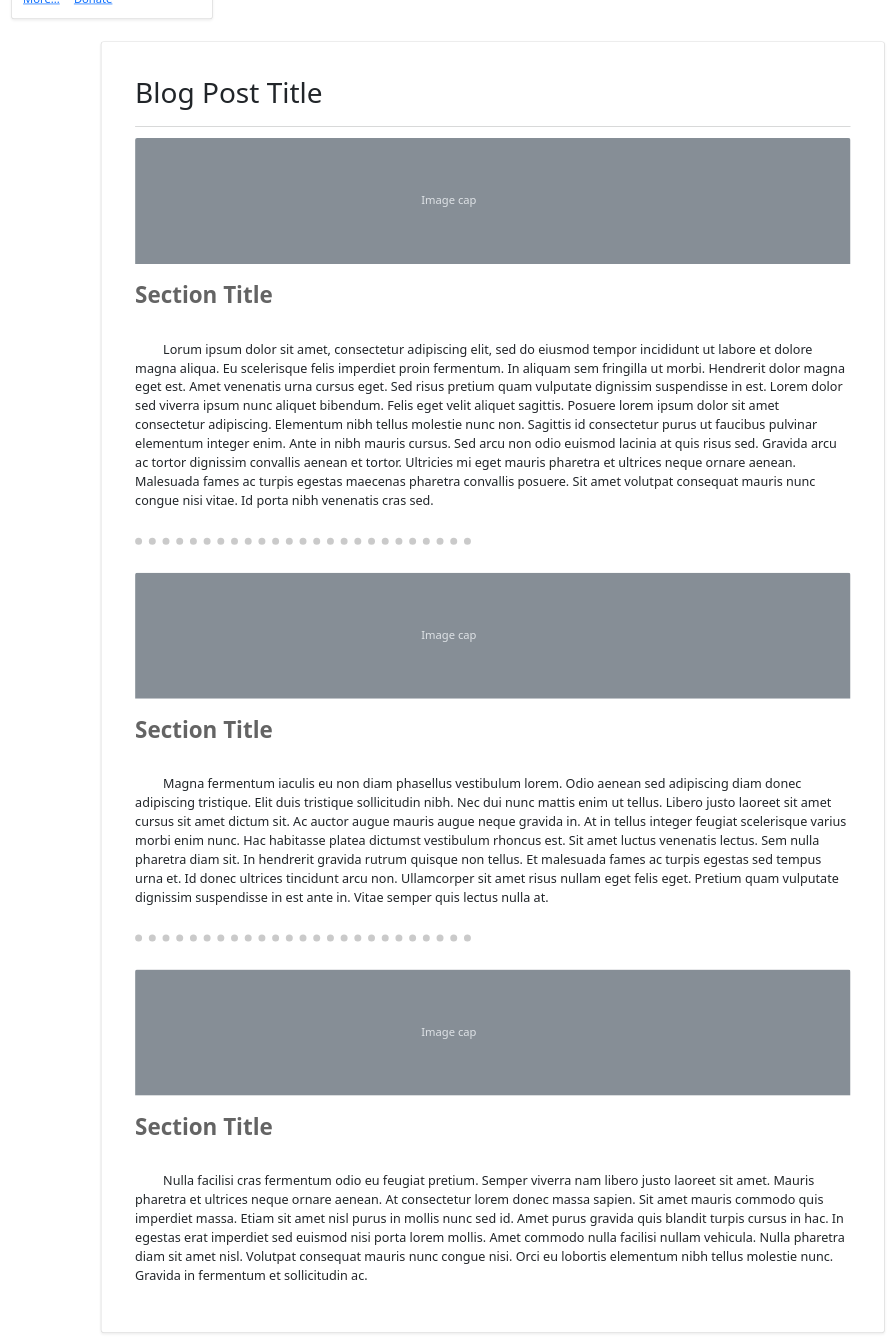
Repository: LublubXT/Azi-Tec-Team
Page: views/templates/blogs/personalblog/home.html
An editor plug-in stored every save of this project. The page is shown before and after a run of saves, followed by the edit.
The browser window is 1280 px wide. The pictures show the part of the page from y = 1423 to 3343 px (the page is 3343 px tall before and 3203 px after), at 70% of full size.

Above is the page before, as saved 2021-03-11 09:44:55.

After the next 2 saves:
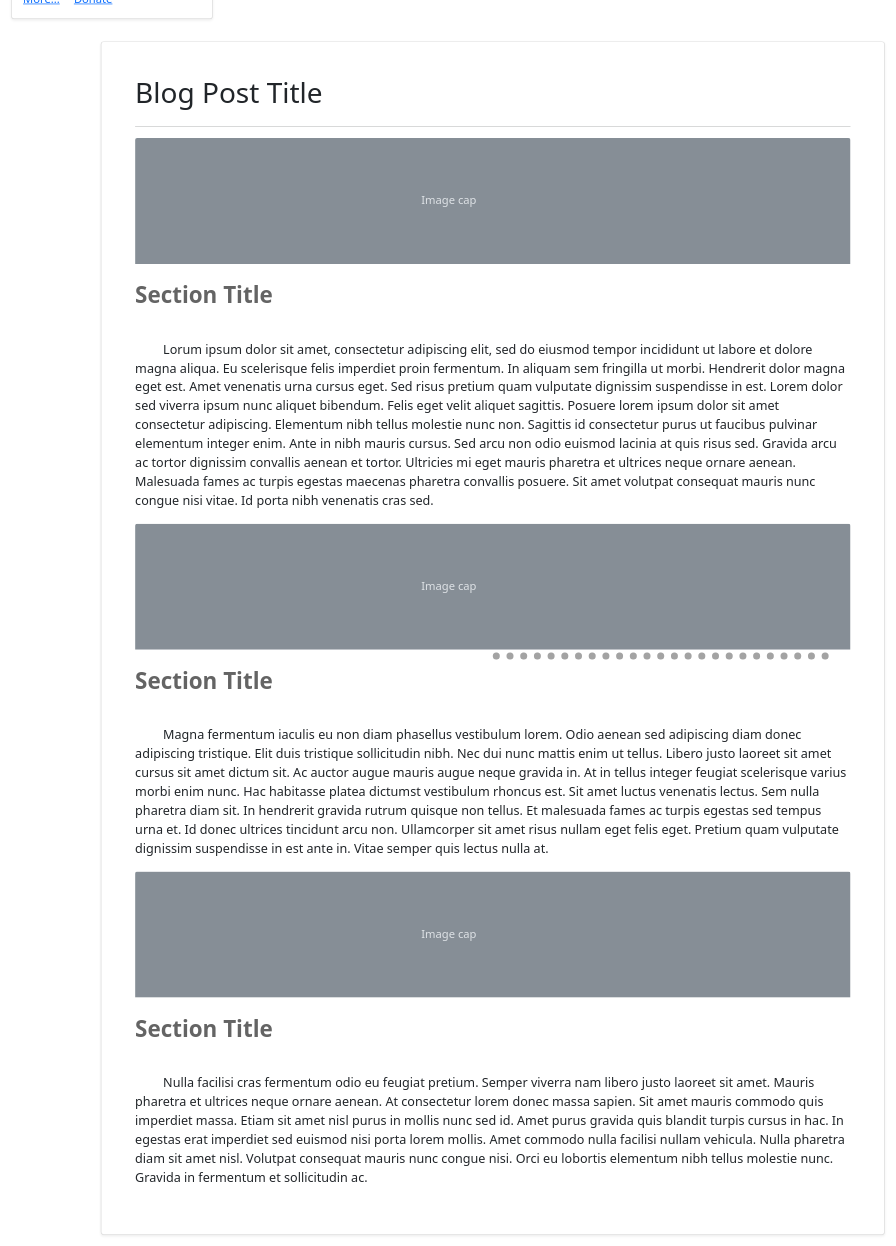
The 2 saves are shown as one change because they came seconds apart.
The last was saved 43 s later.
--- a/views/templates/blogs/personalblog/css/style.css
+++ b/views/templates/blogs/personalblog/css/style.css
@@ -85,5 +85,7 @@ body {
     margin-top: 20px;
     margin-bottom: 40px;
     width: 30rem;
-    position: absa
+    position: absolute;
+    left: 50%;
+    top: 50%;
 }
